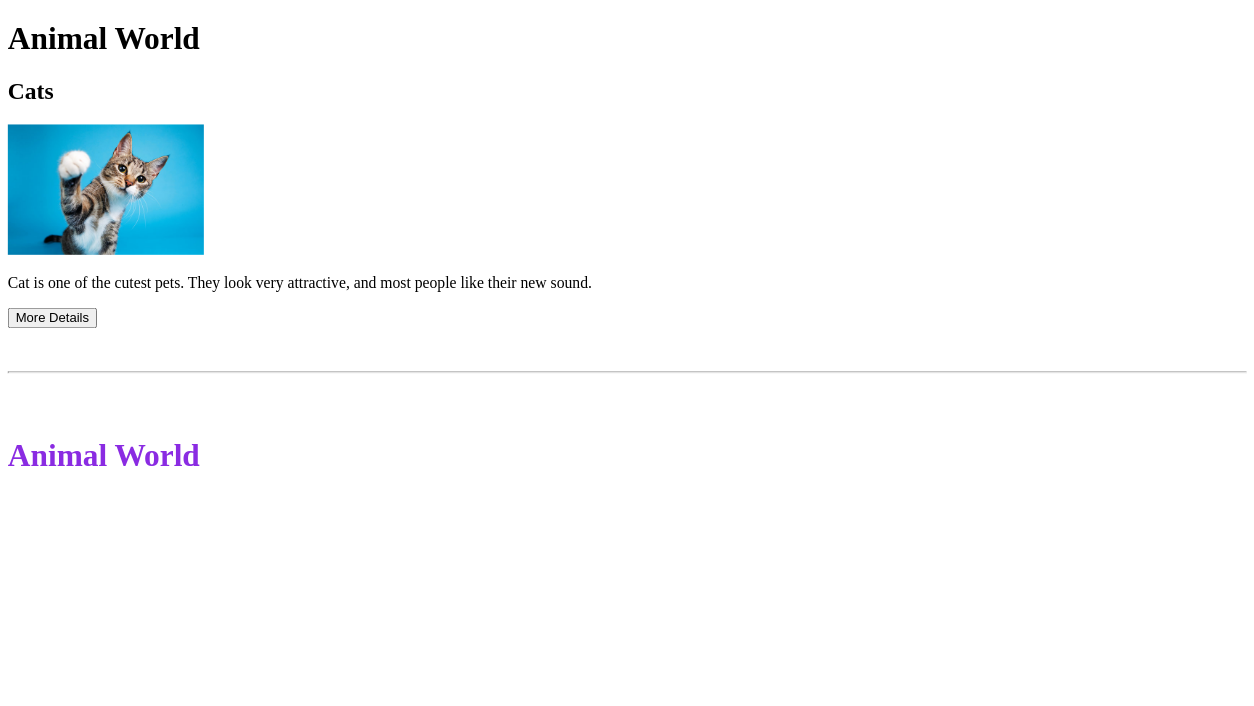
Repository: DhananjayaLakshan/Uom-Web_Design_For_Beginners
Page: Ajax/index.html
The author's editor kept a copy of each file at every save. The page is drawn from the files as they stood at one save, then again after the next save.
The browser window is 1280 px wide. The pictures show the whole page, at 98% of full size.

Above is the page before, as saved 2023-12-02 23:06:04.
Not found: Ajax/moreinfo,html

After the next save:
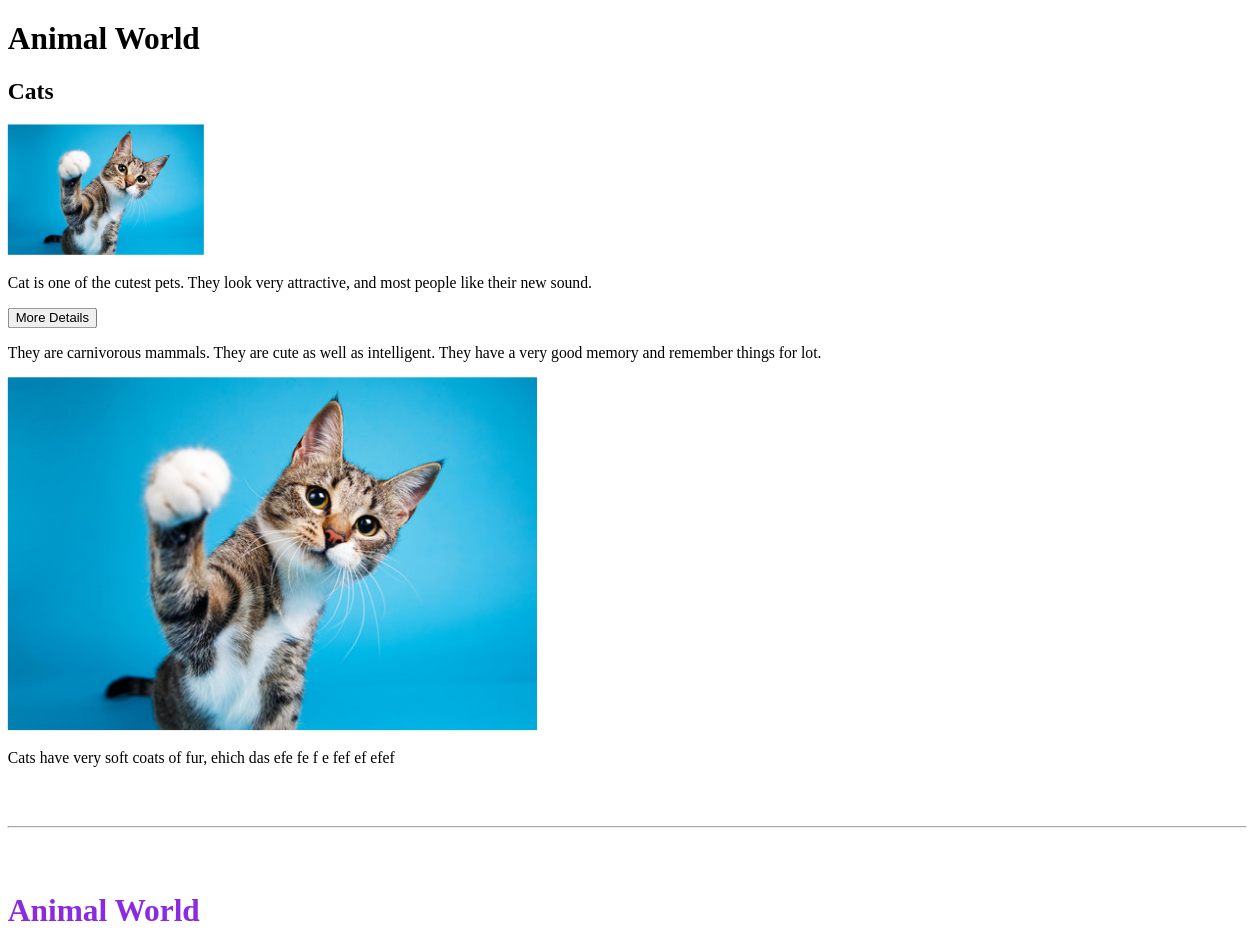
Saved 56 s later.
--- a/Ajax/index.html
+++ b/Ajax/index.html
@@ -41,7 +41,7 @@
 
     <script>
         $(document).ready(function(){
-            $('#div1').load('moreinfo,html');
+            $('#div1').load('moreinfo.html');
         });
     </script>
 
